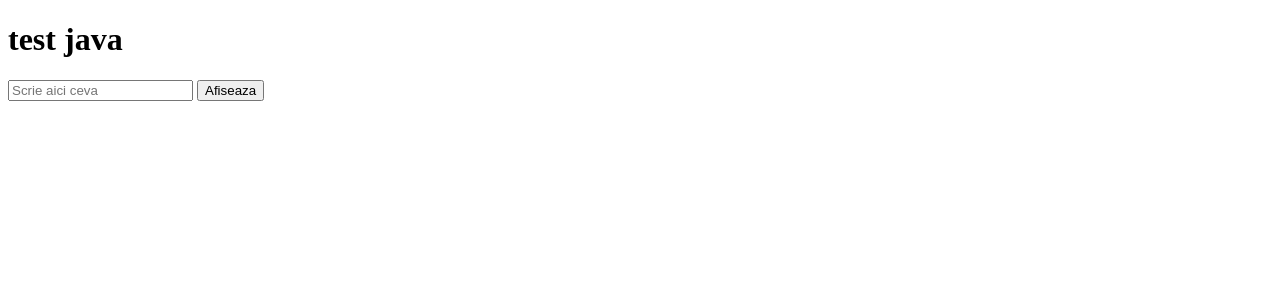
Repository: Parnicoza/testecomplete
Page: testcompletJS-1.html
These files come from the project's save history. The page is drawn as it stood at one moment and after the next save; the edit follows.
The browser window is 1280 px wide. The pictures show the whole page.

Above is the page before, as saved 2025-03-10 12:55:49.

### testcompletJS-1.html
<!DOCTYPE html>
<html>

<head>
    <title>Primul test in Js</title>
</head>
<body>
    <h1>test java</h1>

    <input type="text" id="input" placeholder="Scrie aici ceva">
    <button onclick="afiseazatext()">Afiseaza</button>

    <p id="afisare"></p>
    <script src="java.js"></script>
</body>
</html>

### java.js
function afiseazatext() {
    let mesaj = document.getElementById("input").value;
    document.getElementById("afisare").innerHTML = mesaj;
}

After the next save:
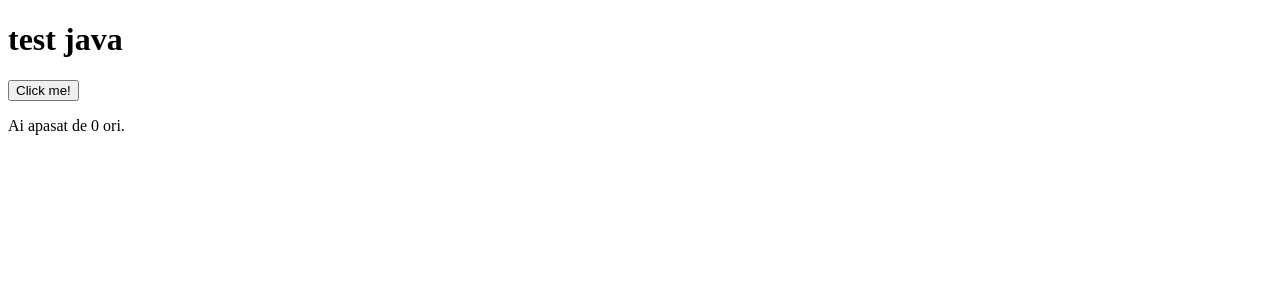
Saved 14 min 11 s later.
--- a/testcompletJS-1.html
+++ b/testcompletJS-1.html
@@ -7,8 +7,8 @@
 <body>
     <h1>test java</h1>
 
-    <input type="text" id="input" placeholder="Scrie aici ceva">
-    <button onclick="afiseazatext()">Afiseaza</button>
+    <button onclick="numaraClick()">Click me!</button>
+    <p id="numaratror">Ai apasat de 0 ori.</p>
 
     <p id="afisare"></p>
     <script src="java.js"></script>
--- a/java.js
+++ b/java.js
@@ -1,4 +1,5 @@
-function afiseazatext() {
-    let mesaj = document.getElementById("input").value;
-    document.getElementById("afisare").innerHTML = mesaj;
+let contor = 0;
+function numaraClick() {
+    contor++;
+    document.getElementById("numarator").innerHTML = "Ai apasat de " + contor;
 }
